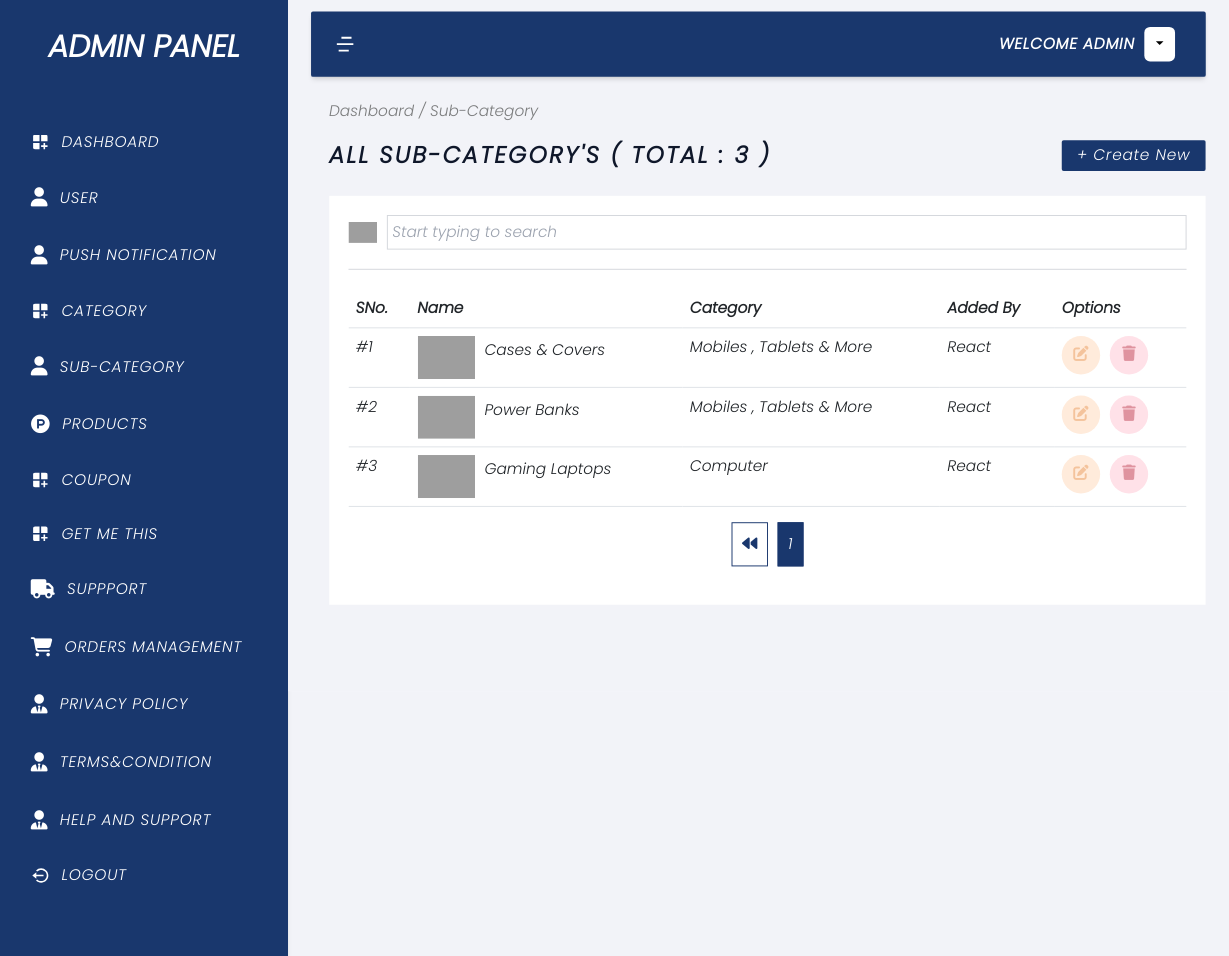
Repository: arpanmalik/project-khanna
Page: /sub-category
The author's editor kept a copy of each file at every save. The page is drawn from the files as they stood at one save, then again after a run of saves.
The browser window is 1280 px wide. The pictures show the whole page, at 96% of full size.
Pictures or frames that could not be fetched are drawn as grey boxes. Some web libraries are served in a nearby version. The project was rebuilt for these pictures with package versions that can differ from the ones it lists, and the page was loaded fresh each time. Also part of the build but not shown: src/E-CommerceAdmin/forms/Login.jsx, src/E-CommerceAdmin/pages/Dashboard.jsx, src/E-CommerceAdmin/pages/ECategory.js, src/E-CommerceAdmin/pages/EProduct.js, src/E-CommerceAdmin/pages/EVendorList.js, src/E-CommerceAdmin/pages/EAdminOrders.js, src/E-CommerceAdmin/pages/EAdminProduct.js, src/E-CommerceAdmin/pages/EAdminDelivery.js and 11 more. Imported but missing from the stored project, and not drawn on this page: src/E-CommerceAdmin/pages/Component/SpinnerComp, src/E-CommerceVendor/forms/EVendorLogin, src/E-CommerceVendor/pages/EVCategory, src/E-CommerceVendor/pages/EVCoupon, src/E-CommerceVendor/pages/EVDashboard, src/E-CommerceVendor/pages/EVOrders, src/E-CommerceVendor/pages/EVProduct, src/E-CommerceVendor/pages/EVSubCategory.

Above is the page before, as saved 2023-05-16 15:53:17.

### public/index.html
<!-- @format -->

<!DOCTYPE html>
<html lang="en">
  <head>
    <meta charset="utf-8" />
    <meta name="viewport" content="width=device-width, initial-scale=1" />
    <meta name="theme-color" content="#000000" />
    <meta
      name="description"
      content="Web site created using create-react-app"
    />
    <link rel="manifest" href="%PUBLIC_URL%/manifest.json" />
    <link rel="preconnect" href="https://fonts.googleapis.com">
<link rel="preconnect" href="https://fonts.gstatic.com" crossorigin>
<link href="https://fonts.googleapis.com/css2?family=Roboto+Mono:ital,wght@1,300&display=swap" rel="stylesheet">
    <title>Admin Panel</title>
  </head>
  <body>
    <noscript>You need to enable JavaScript to run this app.</noscript>
    <div id="root"></div>
    <script src="https://code.jquery.com/jquery-3.6.0.min.js"></script>
    <script src="https://kit.fontawesome.com/b533b351e4.js" crossorigin="anonymous"></script>
  </body>
</html>

### src/E-CommerceAdmin/pages/EAdminCustomer.js
/** @format */

import React, { useEffect, useState } from "react";
import HOC from "../layout/HOC";
import { Table, Modal, Form, Button, Alert } from "react-bootstrap";

const EAdminCustomer = () => {
  const [modalShow, setModalShow] = React.useState(false);
  const [edit, setEdit] = useState("");

  const data = [
    {
      name: "Cases & Covers",
      image: "https://images-eu.ssl-images-amazon.com/images/G/31/img22/WLA/2023/MayART23/cases23/D81172593_IN_WLA_Cases_and_covers_BAU_header_1500.jpg",
      added: "React",
      category : "Mobiles , Tablets & More"
    },

    {
      name: "Power Banks",
      image: "https://m.media-amazon.com/images/G/31/img22/WLA/Powerbanks_revamp/brand-tile._CB593751209_.jpg",
      added: "React",
      category : "Mobiles , Tablets & More"
    },

    {
      name: "Gaming Laptops",
      image: "https://m.media-amazon.com/images/I/41BbNCXPYKL._SX300_SY300_QL70_FMwebp_.jpg",
      added: "React",
      category : "Computer"
    },

  ];
  // Pagination and Filter
  const [query, setQuery] = useState("");
  const [currentPage2, setCurrentPage2] = useState(1);
  const [postPerPage2] = useState(10);
  const lastPostIndex2 = currentPage2 * postPerPage2;
  const firstPostIndex2 = lastPostIndex2 - postPerPage2;

  let pages2 = [];

  const TotolData = query
    ? data?.filter(
        (i) =>
          i?.name?.toLowerCase().includes(query?.toLowerCase()) ||
          i?.email?.toLowerCase().includes(query?.toLowerCase())
      )
    : data;

  useEffect(() => {
    if (query) {
      setCurrentPage2(1);
    }
  }, [query]);

  const slicedData = TotolData?.slice(firstPostIndex2, lastPostIndex2);

  for (let i = 1; i <= Math.ceil(TotolData?.length / postPerPage2); i++) {
    pages2.push(i);
  }

  function Next() {
    setCurrentPage2(currentPage2 + 1);
  }

  function Prev() {
    if (currentPage2 !== 1) {
      setCurrentPage2(currentPage2 - 1);
    }
  }

  function MyVerticallyCenteredModal(props) {
    return (
      <Modal
        {...props}
        size="lg"
        aria-labelledby="contained-modal-title-vcenter"
        centered
      >
        <Modal.Header closeButton>
          <Modal.Title id="contained-modal-title-vcenter">
            {" "}
            {edit ? "Edit Category" : " Create New Category"}
          </Modal.Title>
        </Modal.Header>
        <Modal.Body>
          <Form>
            <Form.Group className="mb-3">
              <Form.Label>Image</Form.Label>
              <Form.Control type="file" required />
            </Form.Group>
            <Form.Group className="mb-3">
              <Form.Label>Name</Form.Label>
              <Form.Control type="text" required />
            </Form.Group>

            <Button
              style={{ backgroundColor: "#19376d", borderRadius: "0" }}
              type="submit"
            >
              Submit
            </Button>
          </Form>
        </Modal.Body>
      </Modal>
    );
  }

  return (
    <>
      <MyVerticallyCenteredModal
        show={modalShow}
        onHide={() => setModalShow(false)}
      />

      <section>
        <p className="headP">Dashboard / Sub-Category</p>
        <div
          className="pb-4   w-full flex justify-between items-center"
          style={{ width: "98%", marginLeft: "2%" }}
        >
          <span
            className="tracking-widest text-slate-900 font-semibold uppercase"
            style={{ fontSize: "1.5rem" }}
          >
            All Sub-Category's ( Total : {data?.length} )
          </span>
          <button
            onClick={() => {
              setEdit(false);
              setModalShow(true);
            }}
            className="md:py-2 px-3 md:px-4 py-1 rounded-sm bg-[#19376d] text-white tracking-wider"
          >
            + Create New
          </button>
        </div>

        <section className="sectionCont">
          {data?.length === 0 || !data ? (
            <Alert>Sub-Categories Not Found</Alert>
          ) : (
            <>
              <div className="filterBox">
                <img
                  src="https://t4.ftcdn.net/jpg/01/41/97/61/360_F_141976137_kQrdYIvfn3e0RT1EWbZOmQciOKLMgCwG.jpg"
                  alt=""
                />
                <input
                  type="search"
                  placeholder="Start typing to search"
                  onChange={(e) => setQuery(e.target.value)}
                />
              </div>

              <div className="overFlowCont">
                <Table>
                  <thead>
                    <tr>
                      <th>SNo.</th>
                      <th>Name</th>
                      <th>Category</th>
                      <th>Added By</th>
                      <th>Options</th>
                    </tr>
                  </thead>
                  <tbody>
                    {slicedData?.map((i, index) => (
                      <tr key={index}>
                        <td>#{index + 1} </td>
                        <td>
                          <span className="flexCont">
                            <img src={i.image} alt="" />
                            <p> {i.name} </p>
                          </span>
                        </td>
                        <td>{i.category} </td>
                        <td>{i.added} </td>
                        <td>
                          {" "}
                          <span className="flexCont">
                            <i
                              className="fa-solid fa-pen-to-square "
                              onClick={() => {
                                setEdit(true);
                                setModalShow(true);
                              }}
                            ></i>
                            <i className="fa-sharp fa-solid fa-trash"></i>
                          </span>
                        </td>
                      </tr>
                    ))}
                  </tbody>
                </Table>

                <div className="pagination">
                  <button onClick={() => Prev()} className="prevBtn">
                    <i className="fa-solid fa-backward"></i>
                  </button>
                  {currentPage2 === 1 ? (
                    ""
                  ) : (
                    <button onClick={() => setCurrentPage2(1)}>1</button>
                  )}

                  {pages2
                    ?.slice(currentPage2 - 1, currentPage2 + 3)
                    .map((i, index) =>
                      i === pages2?.length ? (
                        ""
                      ) : (
                        <button
                          key={index}
                          onClick={() => setCurrentPage2(i)}
                          className={currentPage2 === i ? "activePage" : ""}
                        >
                          {" "}
                          {i}{" "}
                        </button>
                      )
                    )}

                  <button
                    onClick={() => setCurrentPage2(pages2?.length)}
                    className={
                      currentPage2 === pages2?.length ? "activePage" : ""
                    }
                  >
                    {" "}
                    {pages2?.length}{" "}
                  </button>

                  {currentPage2 === pages2?.length ? (
                    ""
                  ) : (
                    <button onClick={() => Next()} className="nextBtn">
                      {" "}
                      <i className="fa-sharp fa-solid fa-forward"></i>
                    </button>
                  )}
                </div>
              </div>
            </>
          )}
        </section>
      </section>
    </>
  );
};

export default HOC(EAdminCustomer);

### src/E-CommerceAdmin/layout/HOC.jsx
/** @format */

import React, { useState } from "react";
import Navbar from "./Navbar";
import Sidebar from "./Sidebar";

const HOC = (Wcomponenet) => {
  return function Component() {
    const [hamb, setHamb] = useState(false);
    return (
      <>
        <section
          className="flex overflow-x-hidden relative "
          style={{ backgroundColor: "#f2f3f8" }}
        >
          {/* Sidebar */}
          <div
            className={
              hamb
                ? " absolute top-0 z-30 md:w-auto shadow-md bg-slate-200  w-60 transition-all md:-left-full left duration-150  h-auto overflow-y-auto  left-0 "
                : " md:w-72 z-30 bg-slate-200  shadow-md  md:static absolute top-0 -left-full   transition-all duration-150  overflow-y-auto h-auto"
            }
            style={{ minWidth: "300px" }}
          >
            <Sidebar hamb={hamb} setHamb={setHamb} />
          </div>
          {/* Components & Navbar */}
          <div
            className={
              hamb
                ? " transition-all px-4 py-2  duration-150 w-full h-screen"
                : " w-full h-screen  px-4 py-2   z-50 transition-all duration-150 "
            }
            style={{ backgroundColor: "#f2f3f8" }}
          >
            <Navbar hamb={hamb} setHamb={setHamb} />
            <div className="my-6 text-#000 h-[87%] wcomp overflow-y-auto">
              {" "}
              <Wcomponenet />
            </div>
          </div>
        </section>
      </>
    );
  };
};

export default HOC;

### src/E-CommerceAdmin/layout/Navbar.jsx
/** @format */
import { RiMenu4Line } from "react-icons/ri";
import Dropdown from "react-bootstrap/Dropdown";
import { UpdateProfile } from "../../Modals";
import { useState } from "react";
import { useNavigate } from "react-router-dom";
import { toast } from "react-toastify";

const Navbar = ({ hamb, setHamb }) => {
  const [modalShow, setModalShow] = useState(false);
  const navigate = useNavigate();

  function LogOut () {
    navigate('/')
    toast.success("Logged Out")
  }

  return (
    <>
      <UpdateProfile show={modalShow} onHide={() => setModalShow(false)} />
      <div
        className={
          hamb
            ? "flex  w-full justify-between  my-1 rounded-sm  p-4 py-3 shadow-md items-center  bg-slate-200 space-x-4"
            : "flex  w-full justify-between my-1 rounded-sm  p-4 py-3 shadow-md items-center  bg-slate-200 space-x-4"
        }
        style={{ backgroundColor: "#19376d" }}
      >
        <RiMenu4Line
          onClick={() => setHamb(!hamb)}
          className="text-2xl font-bold text-gray-900 hover:scale-90 cursor-pointer"
          style={{ color: "#fff" }}
        />

        <section className="flex sm:ml-auto justify-end sm:w-full items-center space-x-2  pr-2">
          <figcaption
            className="tracking-wider pl-1 font-semibold d-flex"
            style={{ gap: "10px", alignItems: "center" }}
          >
            <div
              className="lg:text-base text-sm text-gray-900  uppercase"
              style={{ color: "#fff" }}
            >
              Welcome Admin
            </div>
            <Dropdown>
              <Dropdown.Toggle id="dropdown-basic"></Dropdown.Toggle>

              <Dropdown.Menu>
                <Dropdown.Item onClick={() => setModalShow(true)}>
                  Update Profile <i className="fa-solid fa-user"></i>{" "}
                </Dropdown.Item>
                <Dropdown.Item onClick={() => LogOut()} >
                  Logout <i className="fa-solid fa-right-from-bracket"></i>{" "}
                </Dropdown.Item>
              </Dropdown.Menu>
            </Dropdown>
          </figcaption>
        </section>
      </div>
    </>
  );
};

export default Navbar;

### src/E-CommerceAdmin/layout/Sidebar.jsx
/** @format */

import React from "react";
import { RiCloseLine } from "react-icons/ri";
import { Link, useNavigate } from "react-router-dom";
import { BiLogOutCircle } from "react-icons/bi";
import { MdDashboardCustomize } from "react-icons/md";

const Sidebar = ({ hamb, setHamb }) => {
  const navigate = useNavigate();

  const nav = [
    {
      icon: <MdDashboardCustomize className="text-xl mr-3 rounded-full " />,
      link: "/dashboard ",
      name: "Dashboard",
    },
    {
      icon: <i className="fa-solid fa-user text-xl mr-3 rounded-full"></i>,
      link: "/Admin",
      name: "User",
    },
    {
      icon: <i className="fa-solid fa-user text-xl mr-3 rounded-full"></i>,
      link: "/pushNotification",
      name: "Push Notification",
    },  {
      icon: <MdDashboardCustomize className="text-xl mr-3 rounded-full " />,
      link: "/Category",
      name: "Category",
    },

    {
      icon: <i className="fa-solid fa-user text-xl mr-3 rounded-full"></i>,
      link: "/sub-category",
      name: "Sub-Category",
    },


    {
      icon: (
        <i className="fa-brands fa-product-hunt text-xl mr-3 rounded-full"></i>
      ),
      link: "/Product",
      name: "Products",
    },





    {
      icon: <MdDashboardCustomize className="text-xl mr-3 rounded-full " />,
      link: "/coupon",
      name: "Coupon",
    },
    {
      icon: <MdDashboardCustomize className="text-xl mr-3 rounded-full " />,
      link: "/getMeThis",
      name: "Get Me This",
    },
    {
      icon: <i className="fa-solid fa-truck  text-xl mr-3 rounded-full"></i>,
      link: "/Support",
      name: "Suppport",
    },
    {
      icon: (
        <i className="fa-solid fa-cart-shopping text-xl mr-3 rounded-full"></i>
      ),
      link: "/Orders",
      name: "Orders Management",
    },

    {
      icon: <i className="fa-solid fa-user-tie text-xl mr-3 rounded-full"></i>,
      link: "/privacy",
      name: "Privacy Policy",
    },
    {
      icon: <i className="fa-solid fa-user-tie text-xl mr-3 rounded-full"></i>,
      link: "/terms",
      name: "Terms&Condition",
    },
    // {
    //   icon: <i className="fa-solid fa-user-tie text-xl mr-3 rounded-full"></i>,
    //   link: "/helpSupport",
    //   name: "Help and Support",
    // },
    {
      icon: <i className="fa-solid fa-user-tie text-xl mr-3 rounded-full"></i>,
      link: "/complaints",
      name: "Help and Support",
    },
  ];

  const logOut = () => {
    localStorage.clear()
    navigate("/");
  };

  return (
    <>
      <aside
        className="p-4 h-auto"
        style={{ backgroundColor: "#19376d", minHeight: "100vh" }}
      >
        {/* Top */}
        <div className="w-full md:hidden relative  p-2 mb-4">
          <RiCloseLine
            onClick={() => setHamb(!hamb)}
            className="text-3xl  absolute top-2 sm:hover:rotate-[228deg] transition-transform font-bold right-2 sm:hover:text-[22px] text-[rgb(241,146,46)] cursor-pointer"
          />
        </div>{" "}
        <figure className="flex  flex-col items-center">
          <span
            className="font-bold text-[#fff]"
            style={{
              fontSize: "2rem",
              textAlign: "center",
              textTransform: "uppercase",
            }}
          >
            {" "}
            ADMIN PANEL
          </span>
        </figure>
        <nav className="py-6">
          {nav.map((nav) => {
            return (
              <Link
                to={nav.link}
                key={nav.name}
                className=""
                style={{ textDecoration: "none", textTransform: "uppercase" }}
              >
                <span
                  className="flex my-3 items-center cursor-pointer text-gray-900    tracking-wider p-2 rounded-sm"
                  style={{ color: "#FFF" }}
                >
                  {nav.icon} {nav.name}
                </span>
              </Link>
            );
          })}
          <span
            className="flex my-3 items-center cursor-pointer text-gray-900    tracking-wider p-2 rounded-sm"
            onClick={() => logOut()}
            style={{ color: "#FFF", textTransform: "uppercase" }}
          >
            <BiLogOutCircle className="text-xl mr-3 rounded-full " /> LogOut
          </span>
        </nav>
      </aside>
    </>
  );
};

export default Sidebar;

Loaded but not shown: tailwind.config.js (common file); src/App.js (92 lines, source omitted); src/Modals.js (41 lines, source omitted); src/index.js (15 lines, source omitted); src/index.css (504 lines, source omitted)

After the next 3 saves:
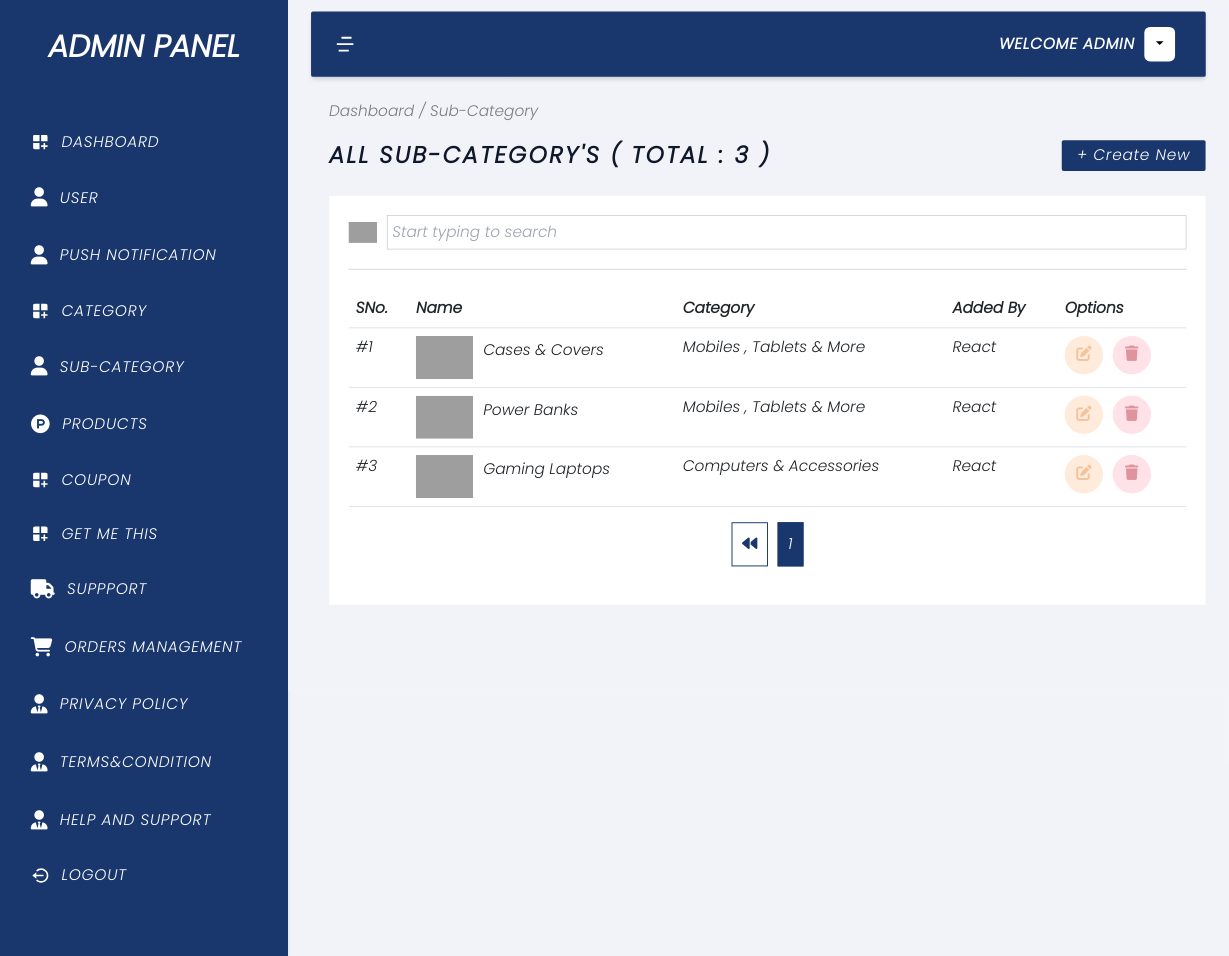
The 3 saves are shown as one change because they came seconds apart.
The last was saved 9 s later.
--- a/src/E-CommerceAdmin/pages/EAdminCustomer.js
+++ b/src/E-CommerceAdmin/pages/EAdminCustomer.js
@@ -27,7 +27,7 @@ const EAdminCustomer = () => {
       name: "Gaming Laptops",
       image: "https://m.media-amazon.com/images/I/41BbNCXPYKL._SX300_SY300_QL70_FMwebp_.jpg",
       added: "React",
-      category : "Computer"
+      category : "Computers & Accessories"
     },
 
   ];
